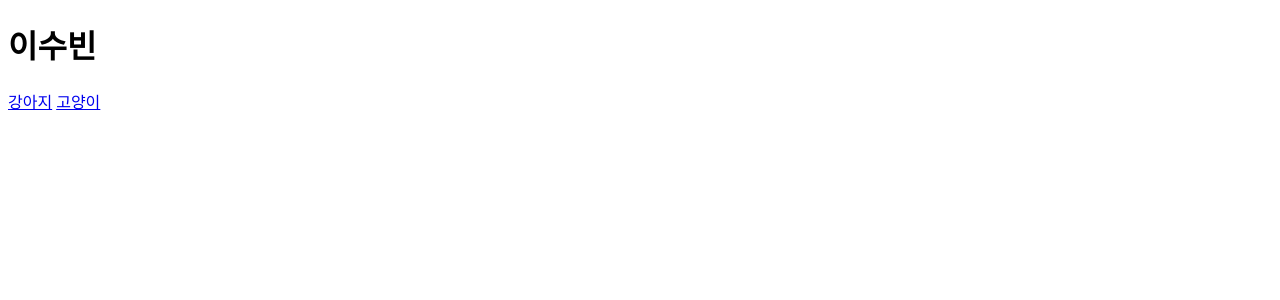
Repository: soobin10236/Class
Page: Web01/public/index.html
An editor plug-in stored every save of this project. The page is shown before and after the next save, followed by the edit.
The browser window is 1280 px wide. The pictures show the whole page.

Above is the page before, as saved 2021-09-06 02:41:09.

### Web01/public/index.html
<!DOCTYPE html>
<html>
<head>
<meta charset="EUC-KR">
<title>Insert title here</title>
</head>
<body>
	<h1>이수빈</h1>
	<a href="dog.html">강아지</a>
	<a href="cat.html">고양이</a>
</body>
</html>

After the next save:
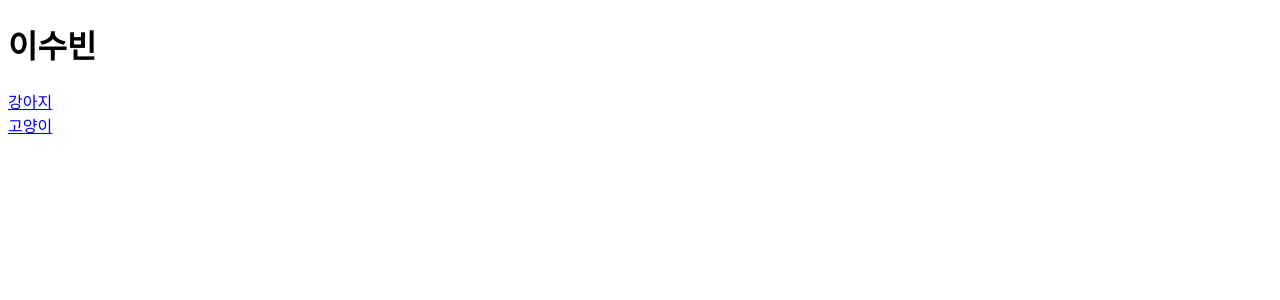
Saved 32 s later.
--- a/Web01/public/index.html
+++ b/Web01/public/index.html
@@ -6,7 +6,7 @@
 </head>
 <body>
 	<h1>이수빈</h1>
-	<a href="dog.html">강아지</a>
-	<a href="cat.html">고양이</a>
+	<div><a href="dog.html">강아지</a></div>
+	<div><a href="cat.html">고양이</a></div>
 </body>
 </html>
